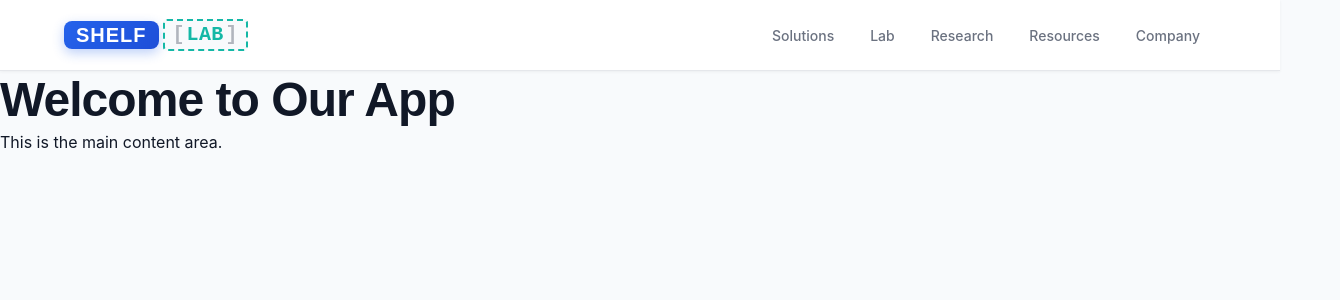
Repository: VladimirGagarin/shelf
Page: /
The author's editor kept a copy of each file at every save. The page is drawn from the files as they stood at one save, then again after a run of saves.
The browser window is 1280 px wide. The page is 1340 px wide, so the pictures cover 1340 px, including what lies to the right of the window. The pictures show the whole page.
The project was rebuilt for these pictures with package versions that can differ from the ones it lists, and the page was loaded fresh each time. Also part of the build but not shown: vite.config.js, src/App.css, src/About/about.jsx.

Above is the page before, as saved 2026-07-13 18:27:31.

After the next 2 saves:
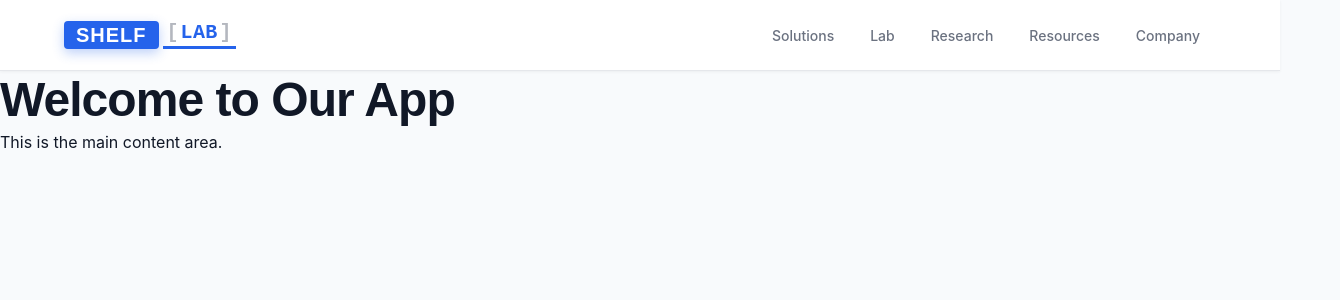
The 2 saves are shown as one change because they came seconds apart.
The last was saved 30 s later.
--- a/src/About/about.css
+++ b/src/About/about.css
@@ -1051,21 +1051,18 @@
 
 .shelf-box {
   display: inline-block;
-  background: linear-gradient(135deg, var(--color-primary), var(--color-primary-hover));
+  background: var(--color-primary);
   color: white;
   padding: 0.1rem 0.75rem;
-  border-radius: 0.5rem;
+  border-radius: 0.25rem;
   font-family: var(--font-heading);
   font-weight: var(--font-bold);
-  box-shadow: 0 4px 12px rgba(37, 99, 235, 0.3);
 }
 
 .lab-text {
   font-family: var(--font-code);
   font-weight: var(--font-bold);
-  color: var(--color-accent);
-  background: var(--bg-primary);
-  padding: 0.1rem 0.5rem;
-  border-radius: 0.25rem;
-  border: 2px dashed var(--color-accent);
-}
+  color: var(--color-primary);
+  border-bottom: 3px solid var(--color-primary);
+  padding-bottom: 0.1rem;
+}
